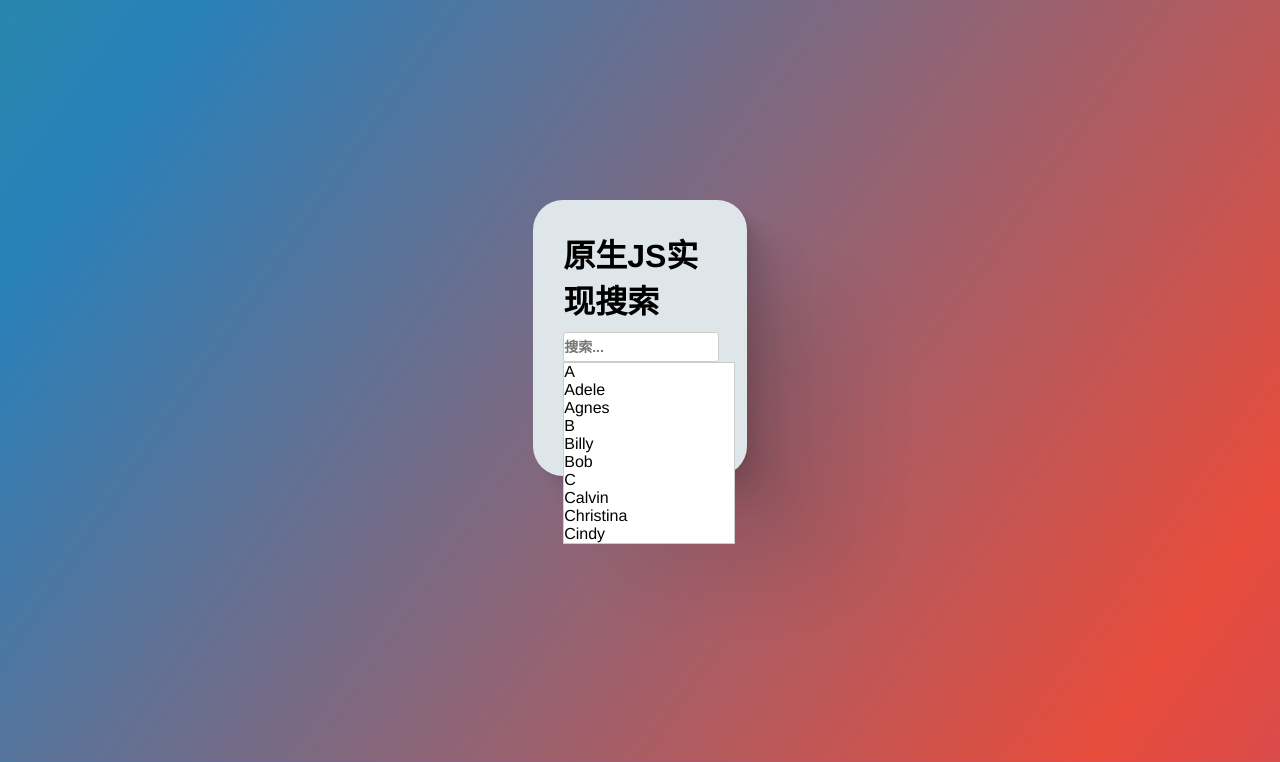
Repository: bigzheng11/selectWork
Page: 原生JS实现/原生JS实现.html
These files come from the project's save history. The page is drawn as it stood at one moment and after a run of saves; the edit follows.
The browser window is 1280 px wide. The pictures show the whole page.

Above is the page before, as saved 2022-10-25 10:35:24.

After the next 7 saves:
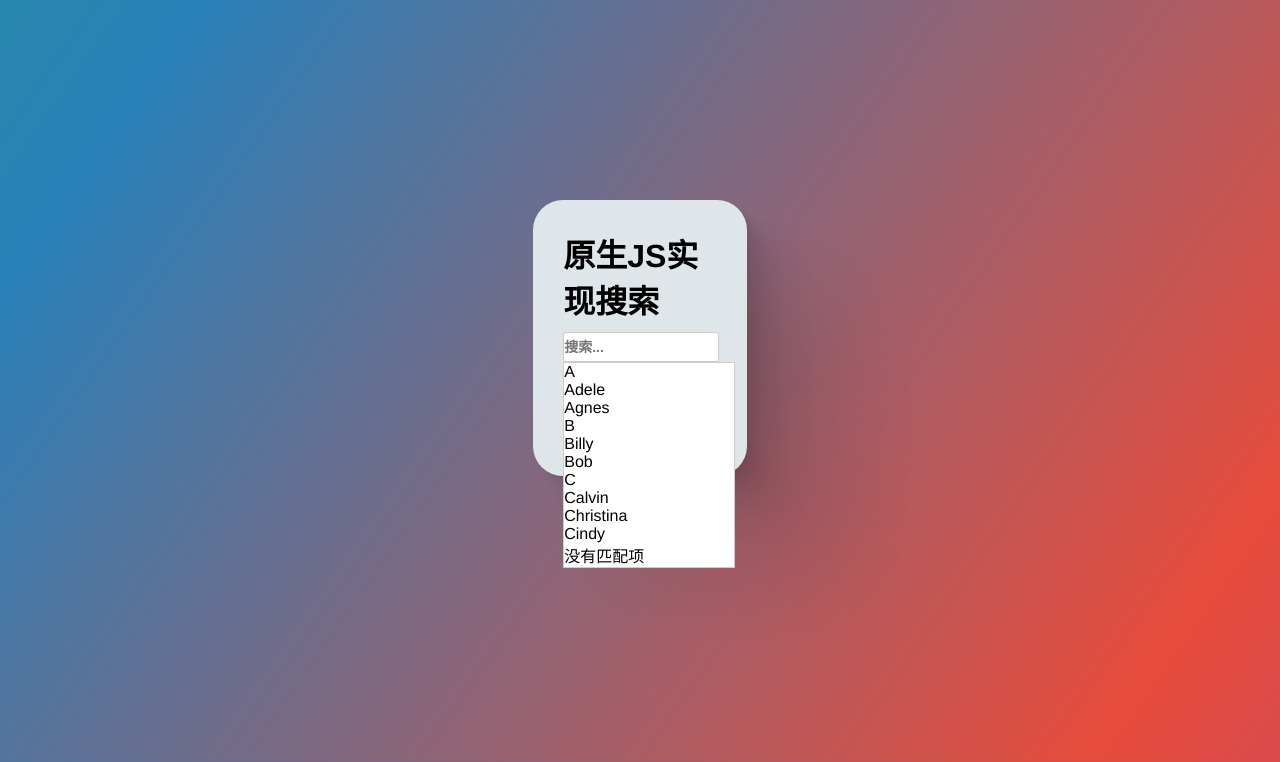
The 7 saves are shown as one change because they came seconds apart.
The last was saved 35 s later.
--- a/原生JS实现/原生JS实现.html
+++ b/原生JS实现/原生JS实现.html
@@ -108,6 +108,7 @@
                     <li><p>Calvin</p></li>
                     <li><p>Christina</p></li>
                     <li><p>Cindy</p></li>
+                    <li><p>没有匹配项</p></li>
                 </ul>
             </div>
         </div>
